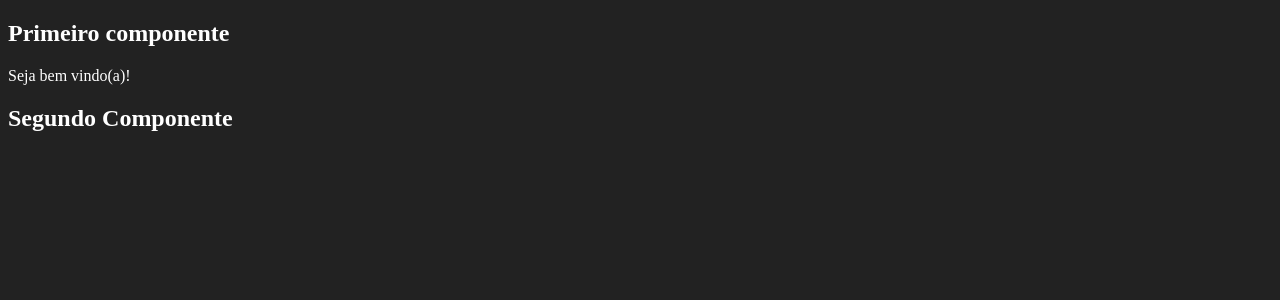
Repository: jean-siqueira/fundamentos-react
Page: /
The author's editor kept a copy of each file at every save. The page is drawn from the files as they stood at one save, then again after the next save.
The browser window is 1280 px wide. The pictures show the whole page.
The project was rebuilt for these pictures with package versions that can differ from the ones it lists, and the page was loaded fresh each time.

Above is the page before, as saved 2023-03-04 11:14:24.

### src/index.js
import './index.css'
import ReactDOM from 'react-dom'
import React from 'react'

import Primeiro from './components/basicos/Primeiro'
import ComParametro from './components/basicos/ComParametro'

const tag = <strong>Olá React</strong>


ReactDOM.render(
    <div>
        <Primeiro></Primeiro>
        <ComParametro
            titulo="Segundo Componente"
            aluno="Jean!"
            nota={9.3}/>
    </div>,
    document.getElementById('root'))

### src/components/basicos/Primeiro.js

import React from "react"

export default function Primeiro() {

    const msg = 'Seja bem vindo(a)!'

    return (
        <div>
            <h2>Primeiro componente</h2>
            <p>  {msg} </p>
        </div>
    )

}

### src/components/basicos/ComParametro.jsx
import React from "react"

export default function ComParametro(props) {
    console.log(props)
    return (
        <div>
            <h2>{ props.titulo }</h2>
            <h3>{ props.subtitulo }</h3>
        </div>
    )
}

Loaded but not shown: public/index.html (common file); src/index.css (common file)

After the next save:
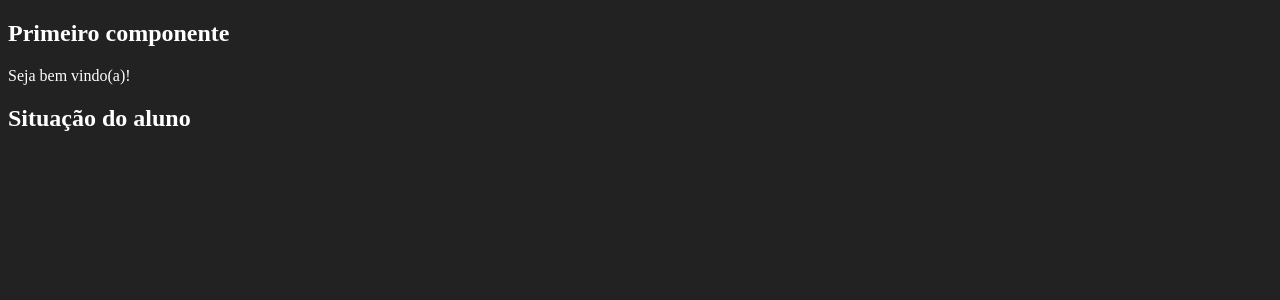
Saved 15 s later.
--- a/src/index.js
+++ b/src/index.js
@@ -12,7 +12,7 @@ ReactDOM.render(
     <div>
         <Primeiro></Primeiro>
         <ComParametro
-            titulo="Segundo Componente"
+            titulo="Situação do aluno"
             aluno="Jean!"
             nota={9.3}/>
     </div>,
